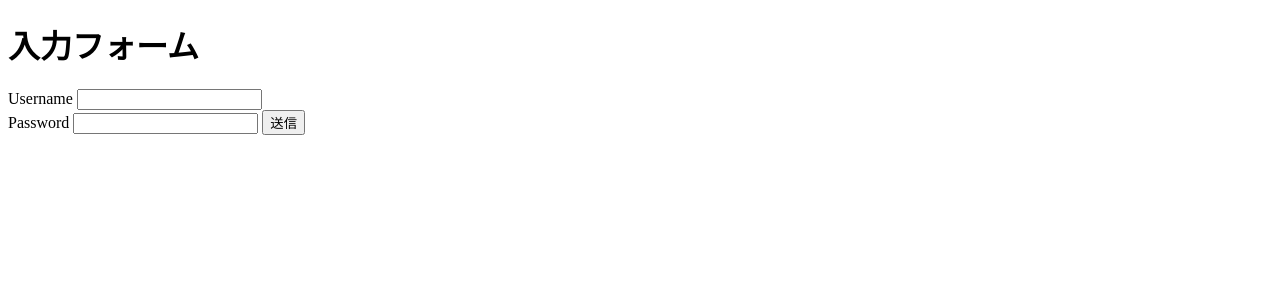
Repository: tt-nk/form-app
Page: http://localhost/signup
An editor plug-in stored every save of this project. The page is shown before and after a run of saves, followed by the edit.
The browser window is 1280 px wide. The pictures show the whole page.
The page is served by the project's application, run on Flask 3 (app.py).

Above is the page before, as saved 2021-12-14 17:12:49.

After the next 2 saves:
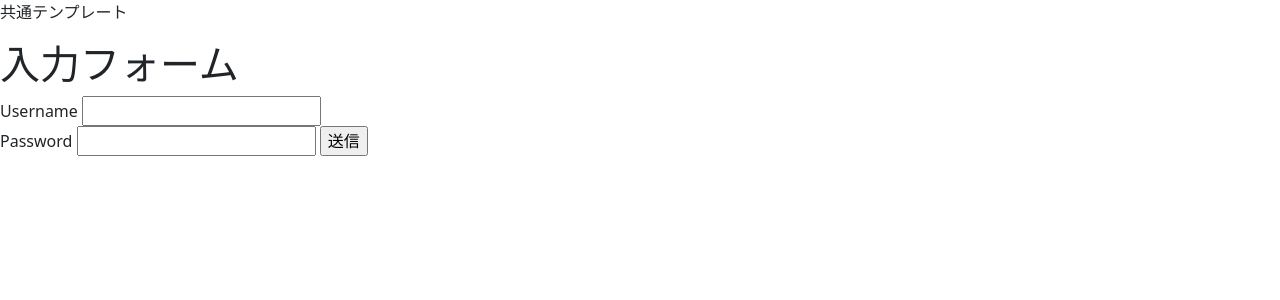
The 2 saves are shown as one change because 1 did not build or start.
The last was saved 6 min 43 s later.
--- a/templates/form.html
+++ b/templates/form.html
@@ -1,29 +1,17 @@
-<!DOCTYPE html>
-<html lang="en">
-
-<head>
-    <meta charset="UTF-8">
-    <meta http-equiv="X-UA-Compatible" content="IE=edge">
-    <meta name="viewport" content="width=device-width, initial-scale=1.0">
-    <title>TestForm</title>
-</head>
-
-<body>
-    <h1>入力フォーム</h1>
-    <form method="POST" action="{{url_for('form')}}">
-        {{form.csrf_token}}
-        {{ form.username.label }}
-        {{ form.username }}
-        <div>
-            {% for error in form.username.errors %}
-            <span style="color:red;">{{error}}</span>
-            {% endfor %}
-        </div>
-        {{ form.password.label }}
-        {{ form.password }}
-        <input type="submit" value="送信">
-    </form>
-
-</body>
-
-</html>
+{% extends 'base.html' %}
+{% block content %}
+<h1>入力フォーム</h1>
+<form method="POST" action="{{url_for('form')}}">
+    {{form.csrf_token}}
+    {{ form.username.label }}
+    {{ form.username }}
+    <div>
+        {% for error in form.username.errors %}
+        <span style="color:red;">{{error}}</span>
+        {% endfor %}
+    </div>
+    {{ form.password.label }}
+    {{ form.password }}
+    <input type="submit" value="送信">
+</form>
+{% endblock %}
